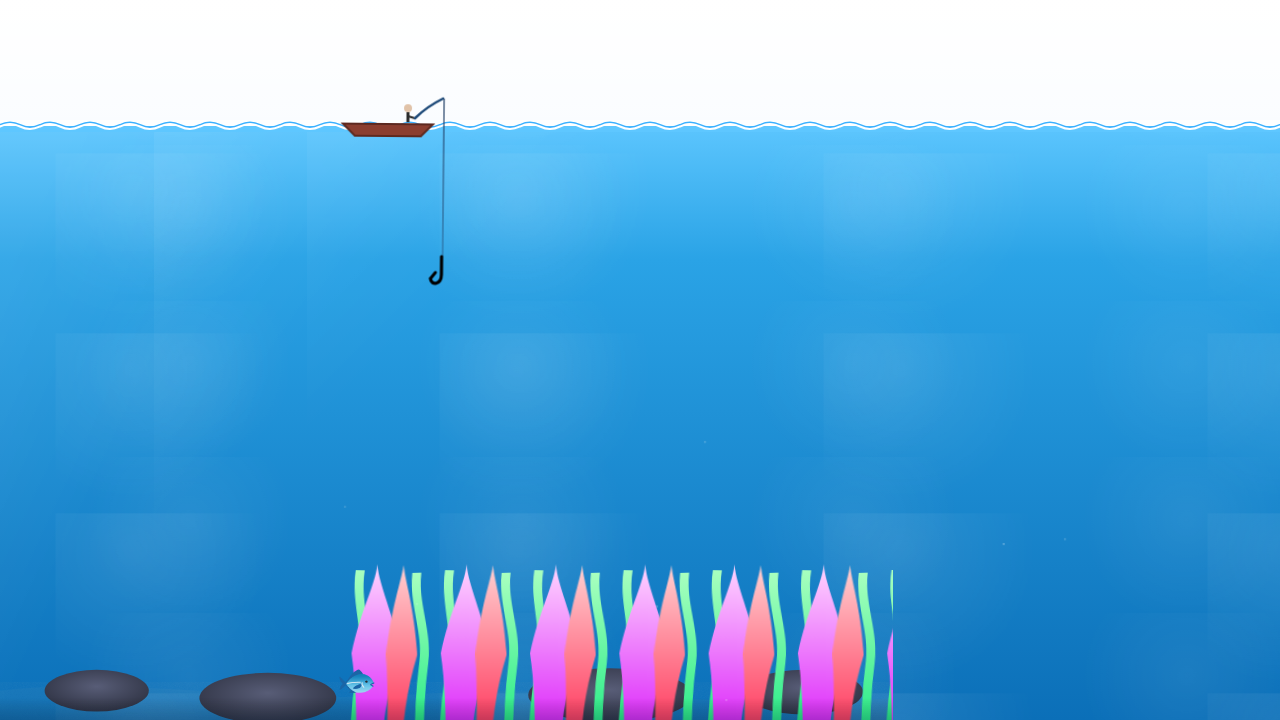
Repository: DeepFriedTurkey441/fd_game_project
Page: index.html
The author's editor kept a copy of each file at every save. The page is drawn from the files as they stood at one save, then again after the next save.
The browser window is 1280 px wide. The pictures show the whole page.

Above is the page before, as saved 2025-09-23 09:12:28.

After the next save:
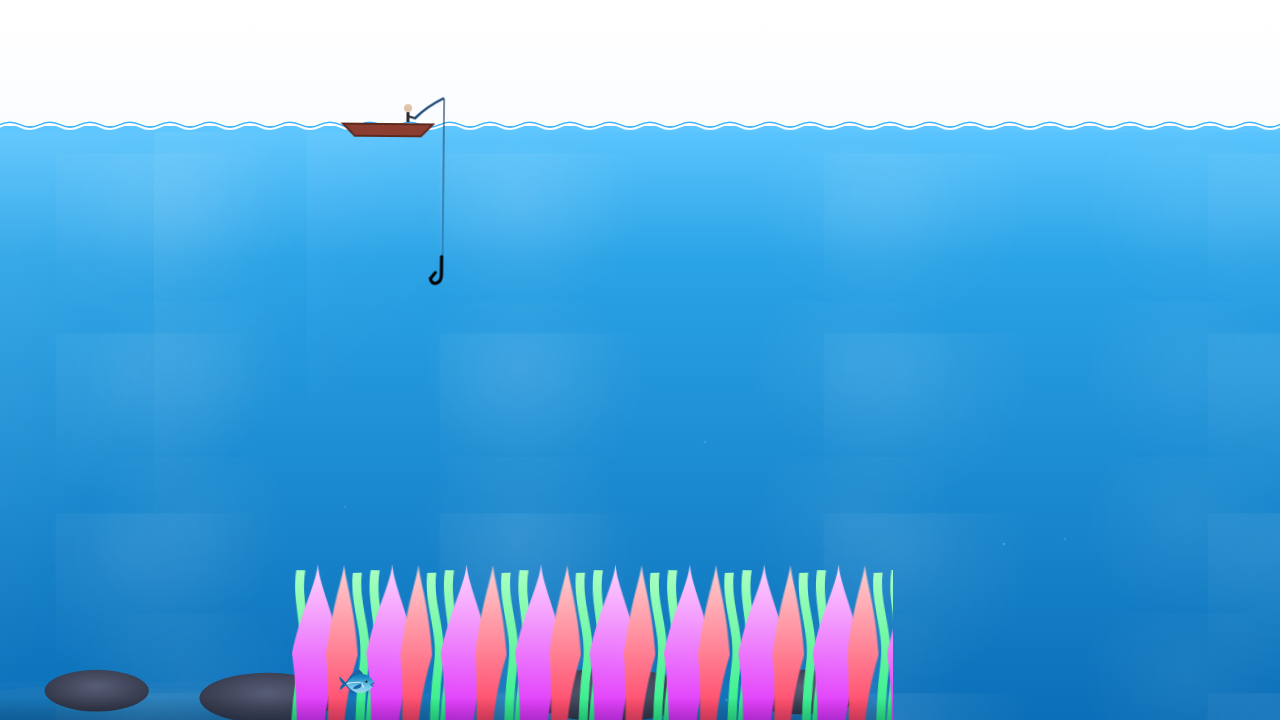
Saved 2 min 34 s later.
--- a/script.js
+++ b/script.js
@@ -110,11 +110,12 @@
   function layoutPlants() {
     if (!plantsGroup) return;
     while (plantsGroup.firstChild) plantsGroup.removeChild(plantsGroup.firstChild);
-    // approximate cluster width ~120px; add one off-screen left and right to avoid clipping
+    // Densify tiling and extend past edges to avoid any clipping
     const viewWidth = 1200; // SVG viewBox width
-    const clusterW = 120;
-    const start = -clusterW; // begin slightly off-left
-    for (let x = start; x <= viewWidth; x += clusterW) addCluster(x);
+    const clusterW = 100;   // tighter spacing for fuller coverage
+    const start = -2 * clusterW; // extend off-left
+    const end = viewWidth + 2 * clusterW; // extend off-right
+    for (let x = start; x <= end; x += clusterW) addCluster(x);
   }
 
   // --- Fishing line + hook motion ---
